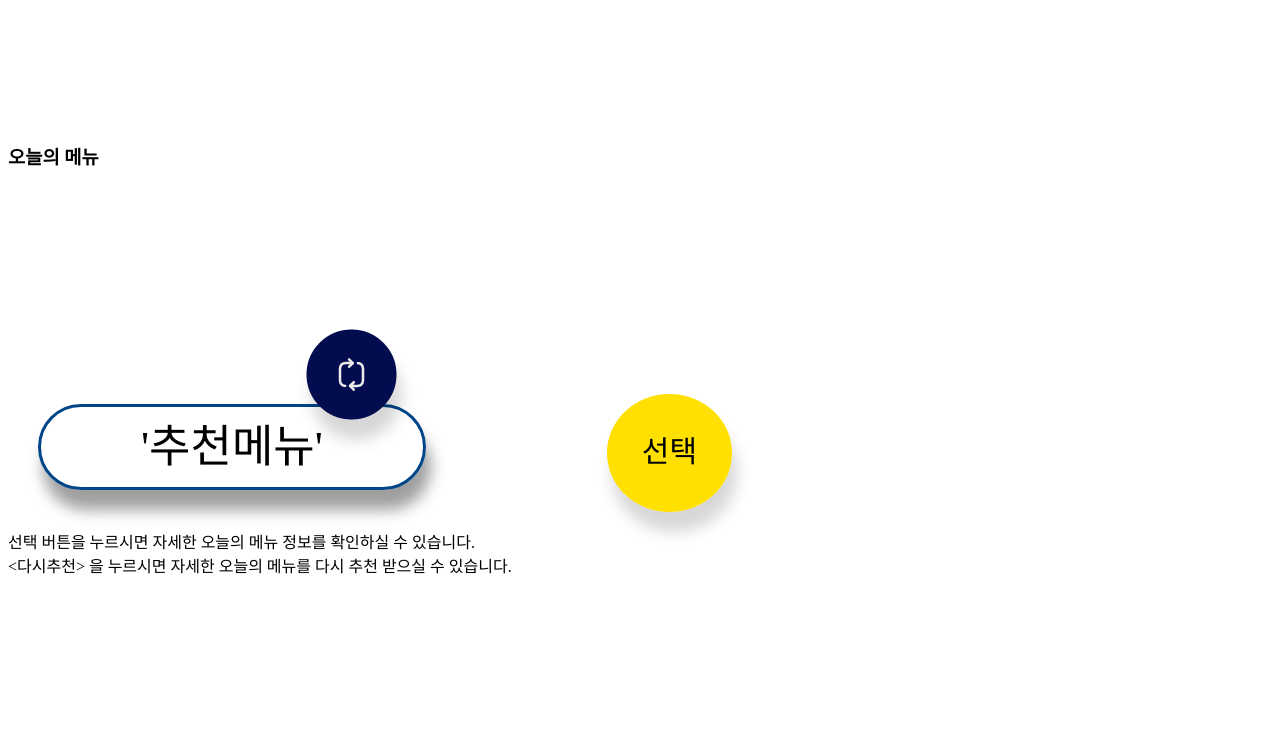
Repository: hkh00700/JustDoEat_Web
Page: http://localhost/justdoeat/WEB-INF/views/home.jsp
An editor plug-in stored every save of this project. The page is shown before and after the next save, followed by the edit.
The browser window is 1280 px wide. The pictures show the whole page.
The page is served by Tomcat 9. Nobody is signed in. Other server files are loaded and not shown. The template is opened directly, without the code that normally fills it, so the values that code supplies are empty.

Above is the page before, as saved 2021-05-18 02:59:43.

### justdoeat/src/main/webapp/WEB-INF/views/home.jsp
<%@ taglib uri="http://java.sun.com/jsp/jstl/core" prefix="c" %>
<%@ page language="java" contentType="text/html; charset=UTF-8"
    pageEncoding="UTF-8"%>
<html>
<head>
	<title>Home</title>
<style type="text/css">
.content {
height: 720px;
}

h3{
height: 300px;
line-height: 300px;
}
.content a:first-of-type{
width: 600px;
height: 120px;
margin: 40px 23px 42px 30px;
padding: 15px 100px 15px 100px;
border-radius: 60px;
box-shadow: 5px 20px 15px 0 rgba(0, 0, 0, 0.38);
border: solid 3px #00458a;
text-align: center;
font-size: 45px;
}
.select{
 width: 120px;
  height: 120px;
  margin: 40px 157px 42px 23px;
  padding: 41px 35px 44px;
  box-shadow: 5px 20px 15px 0 rgba(0, 0, 0, 0.16);
  background-color: #ffe000;
  border-radius: 50%;
  font-size: 30px;
}
img{
position: relative;
left: -160px;
}

</style>
</head>
<body>
	<div class="content">
		<h3>오늘의 메뉴</h3>
		<a>'추천메뉴'</a><img src='imgs/reset.png' alt="다시추천"/><a class='select'>선택</a>
		<br/><br/><br/><br/>
		선택 버튼을 누르시면 자세한 오늘의 메뉴 정보를 확인하실 수 있습니다.<br/>
		<다시추천> 을 누르시면 자세한 오늘의 메뉴를 다시 추천 받으실 수 있습니다.

	</div>
</body>
</html>

After the next save:
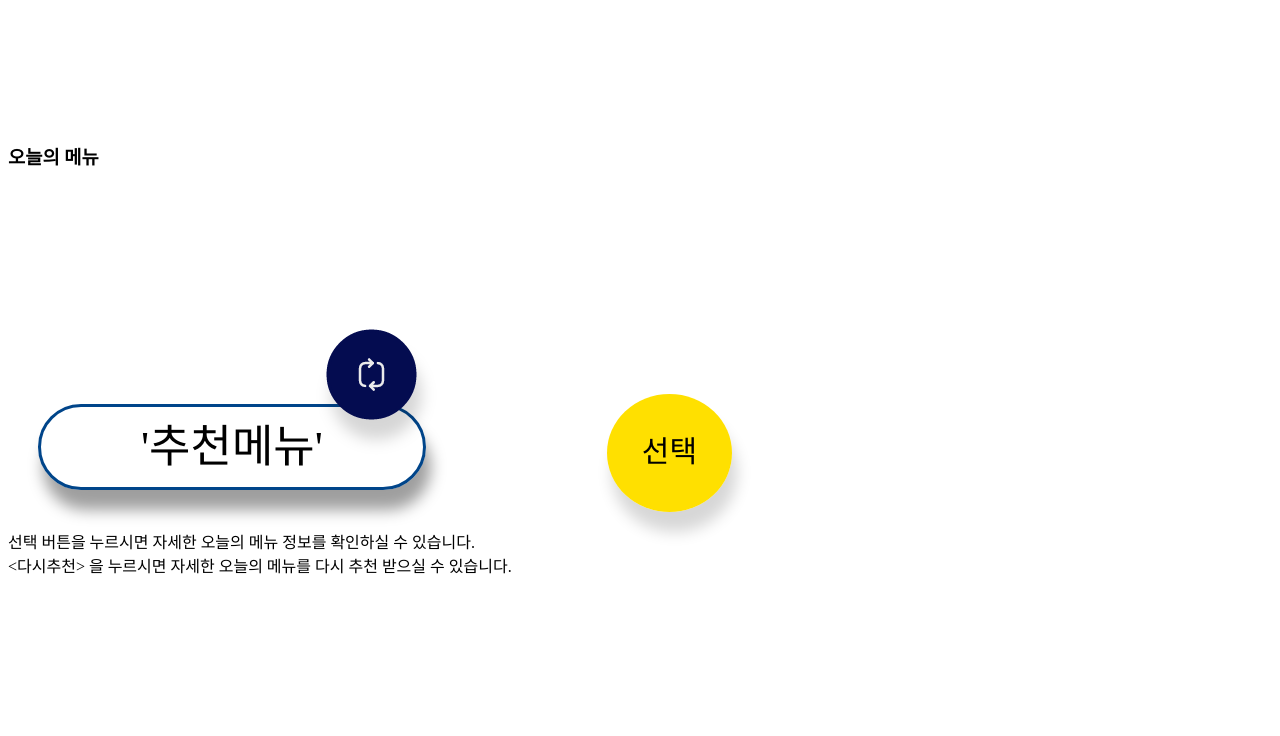
Saved 12 s later.
--- a/justdoeat/src/main/webapp/WEB-INF/views/home.jsp
+++ b/justdoeat/src/main/webapp/WEB-INF/views/home.jsp
@@ -36,7 +36,7 @@
 }
 img{
 position: relative;
-left: -160px;
+left: -140px;
 }
 
 </style>
